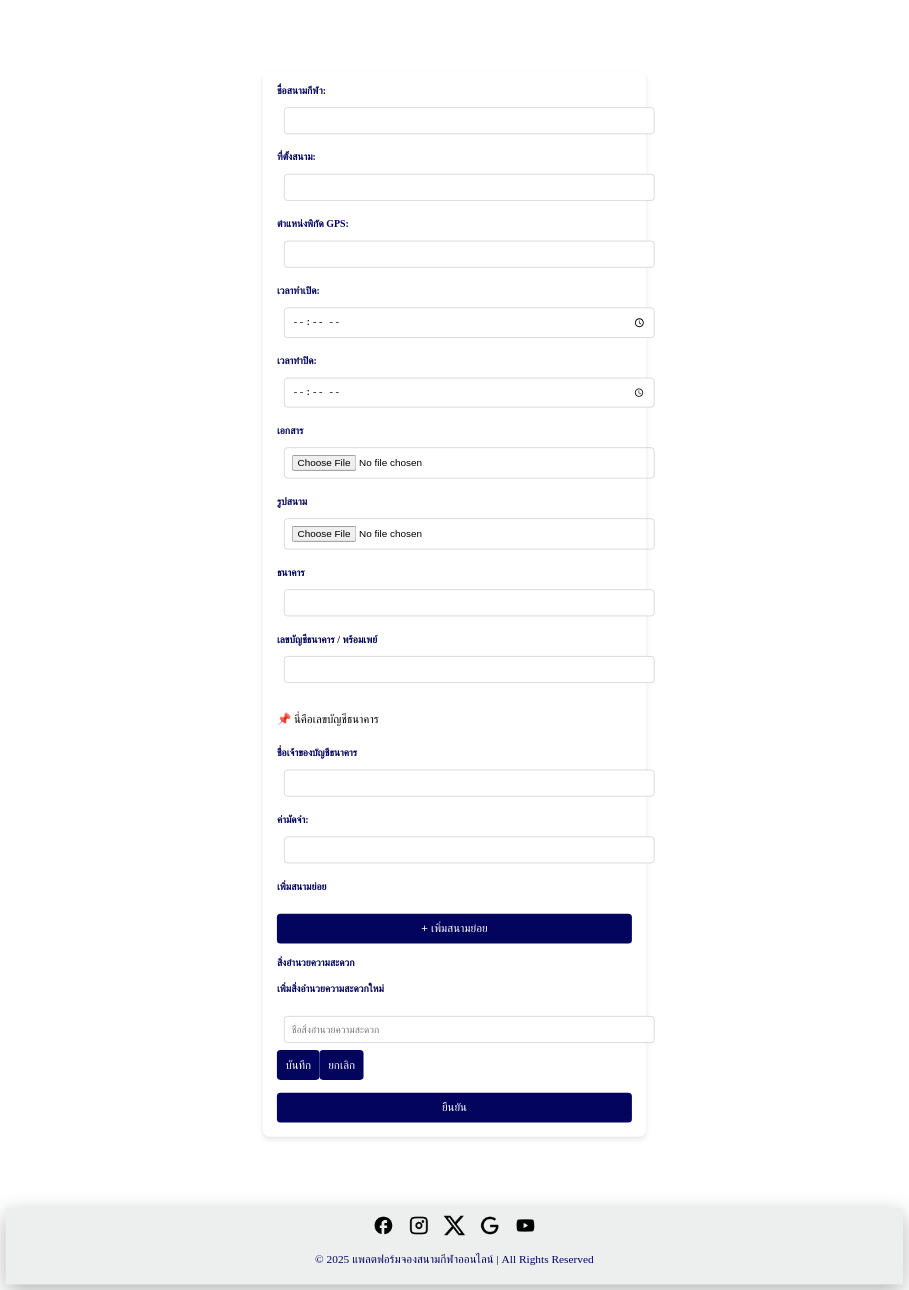
Repository: narawit101/project2
Page: /register-field (app in frontend/), after clicking the first element matching `button.addfac`
An editor plug-in stored every save of this project. The page is shown before and after the next save, followed by the edit.
The browser window is 1280 px wide. The pictures show the whole page, at 71% of full size.
The page's requests for data from a server got no answer. The project was rebuilt for these pictures with package versions that can differ from the ones it lists, and the page was loaded fresh each time. The framework's server and built-in components were replaced by stand-ins that run in the browser. No one was signed in, and anything a server would have sent is missing. Also part of the build but not shown: frontend/next.config.js, frontend/next.config.mjs, frontend/src/app/globals.css.

Above is the page before, as saved 2025-03-18 23:44:29.

After the next save:
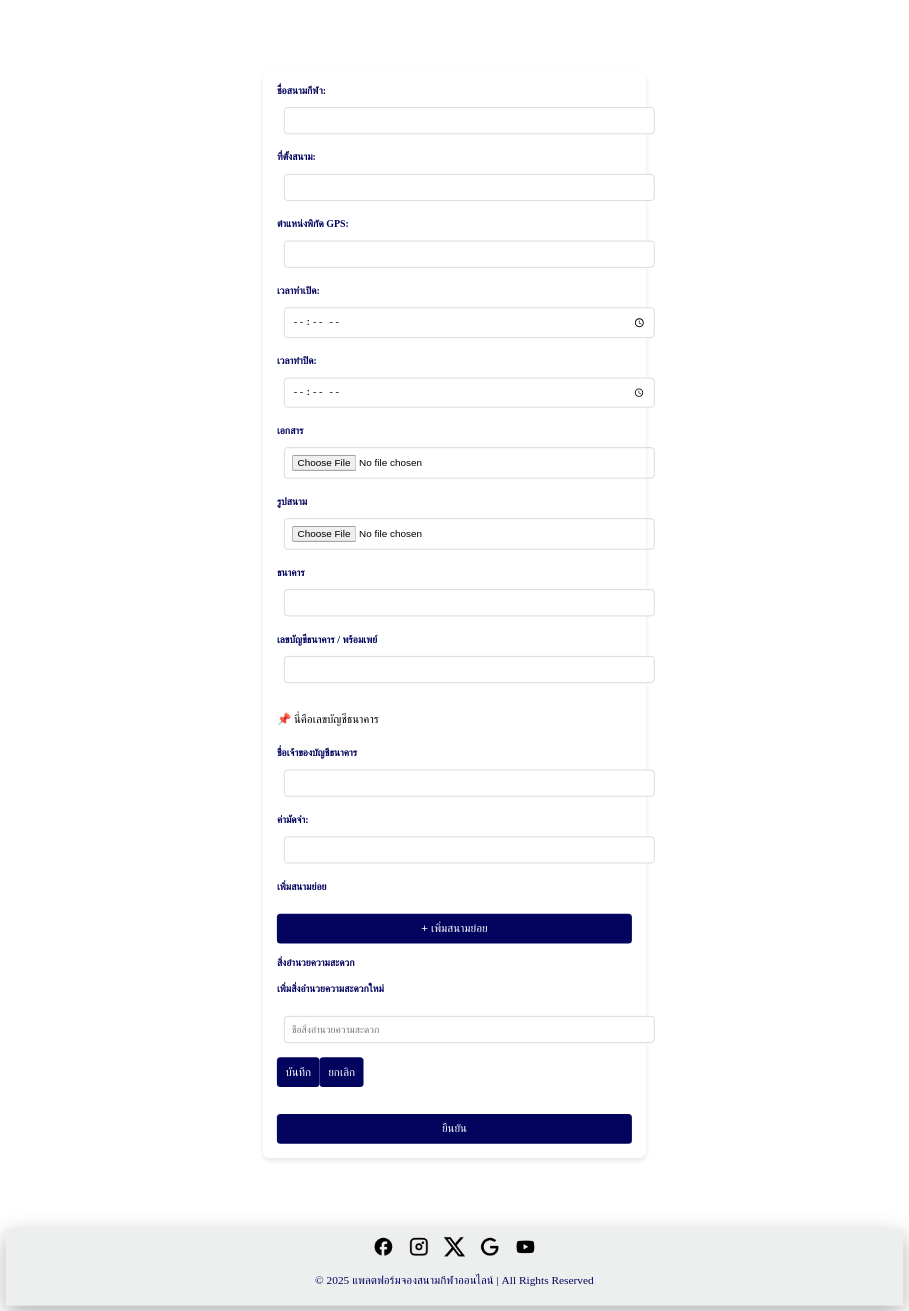
Saved 14 s later.
--- a/frontend/src/app/css/registerFieldForm.css
+++ b/frontend/src/app/css/registerFieldForm.css
@@ -59,6 +59,10 @@ input:focus {
 .addfac{
     margin: 10px 0px 20px 0px;
 }
+.savebtn{
+    margin: 10px 0px 20px 0px;
+
+}
 button {
   background: var(--text-color);
   color: white;
